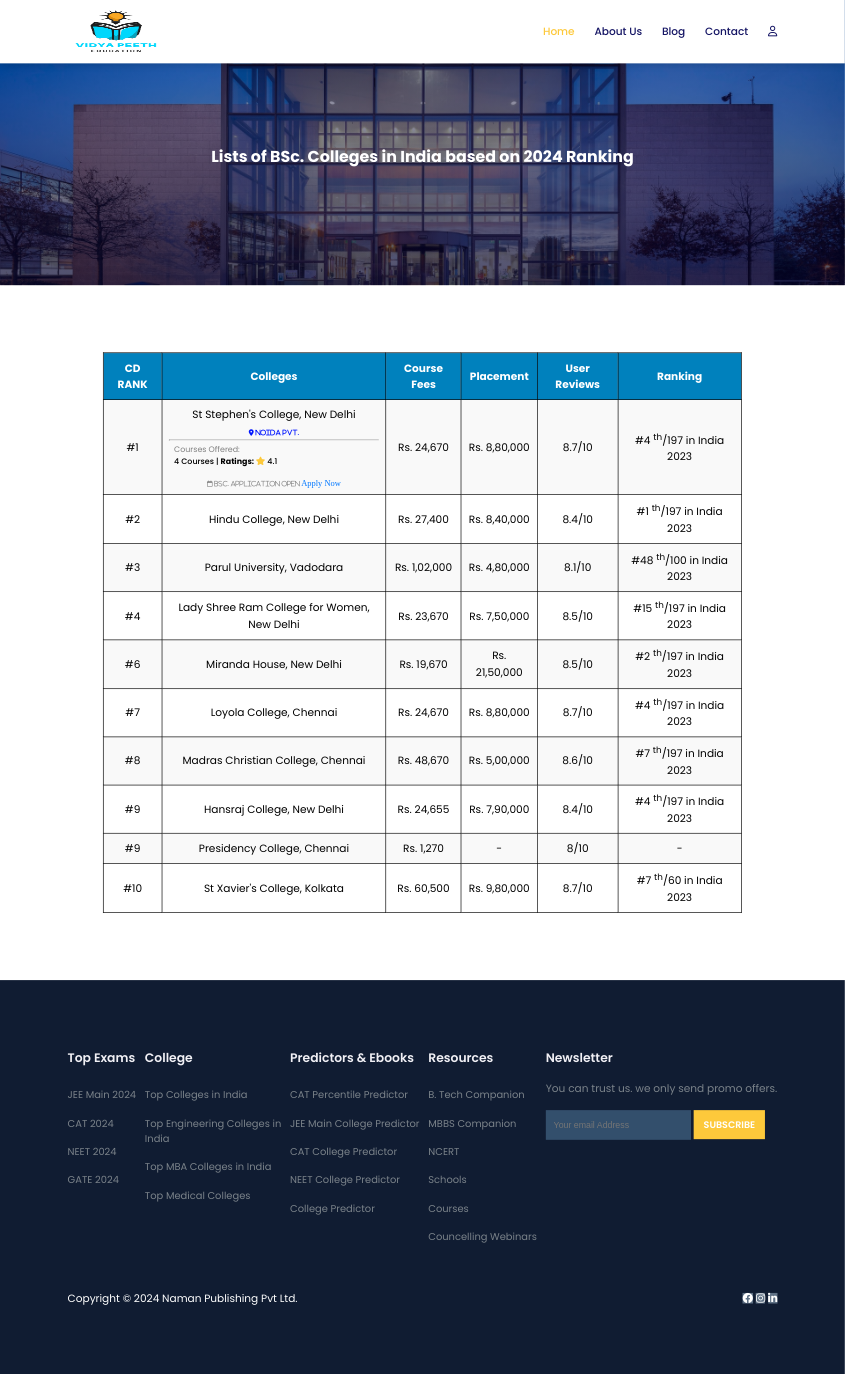
Repository: NamanSahu09/VidyaPreet-Ed-Tech-Website
Page: bsc.html
The author's editor kept a copy of each file at every save. The page is drawn from the files as they stood at one save, then again after a run of saves.
The browser window is 1280 px wide. The pictures show the whole page, at 66% of full size.
Some web libraries are served in a nearby version.

Above is the page before, as saved 2024-04-12 13:04:41.

### bsc.html
<!DOCTYPE html>
<html lang="en">
<head>
	<meta charset="UTF-8">
	<meta name="viewport" content="width=device-width, initial-scale=1.0">
	<title>Top BSc Colleges in India</title>

	<!-- font Awesome CDN link -->
	<link rel="stylesheet" href="https://cdnjs.cloudflare.com/ajax/libs/font-awesome/6.1.1/css/all.min.css" />

	<!-- External CSS -->
	<!-- <link rel="stylesheet" href="style.css"> -->
	<!-- <link rel="stylesheet" href="about.css"> -->
	<link rel="stylesheet" href="bsc.css">



	<!-- JQuery CDN link -->
	<script src="https://code.jquery.com/jquery-3.6.0.min.js" integrity="sha256-/xUj+3OJU5yExlq6GSYGSHk7tPXikynS7ogEvDej/m4=" crossorigin="anonymous"></script>
</head>
<body>
	<!-- Navigation start -->
	<nav>
		<img src="img/Vidya peeth.png" class="logo" alt="" height="70px"  width="250px"/>

		<div class="navigation">
			<ul>
				<i id="menu-close" class="fas fa-times"></i>
				<li><a href="index.html" class="active">Home</a></li>
				<li><a href="about.html">About Us</a></li>
				<li><a href="blog.html">Blog</a></li>
				<!-- <li><a href="courses.html">Courses</a></li> -->
				<li><a href="contact.html">Contact</a></li>
				<li><a href="#">
					<i class="far fa-user"></i>
					</a>
				</li>


			</ul>

			<img src="img/menu.png" id="menu-btn" alt="">
		</div>
	</nav>
	<!-- Navigation ends -->



  <!-- login sign-up-form -->

  <div class="form">
    <!-- login -->
    <div class="login-form">

      <!-- cancel-btn -->

      <a href="#" class="form-cancel">
        <i class="fas fa-times"></i>
      </a>


      <strong>Log In</strong>
      <!-- inputs -->
      <form >
        <input type="email" placeholder="Example@gmail.com" name="email" required>
        <input type="password" placeholder="Password" name="password" required>
        <!-- submit-btn -->
        <input type="submit" value="Log In">
      </form>

      <!-- Forget-and-signup -->
      <div class="form-btns">
          <a href="#" class="forget">Forget Your Password?</a>
          <a href="#" class="sign-up-btn">Create Account</a>
    </div>

    </div>




     <!-- Sign Up -->
     <div class="sign-up-form">

      <!-- cancel-btn -->

      <a href="#" class="form-cancel">
        <i class="fas fa-times"></i>
      </a>


      <strong>Sign In</strong>
      <!-- inputs -->
      <form >
        <input type="text" placeholder="Full Name" name="fullname" required>
        <input type="email" placeholder="Example@gmail.com" name="email" required>
        <input type="password" placeholder="Password" name="password" required>
        <!-- submit-btn -->
        <input type="submit" value="Sign Up">
      </form>

      <!-- Forget-and-signup -->
      <div class="form-btns">
          <a href="#" class="already-acount">Already have Account?</a>
    </div>

    </div>

  </div>







	<!-- Hero section starts from here -->
	<section id="about-home">
		<h2>
			Lists of BSc. Colleges in India based on 2024 Ranking
		</h2>
	</section>
	<!-- Hero section ends from here -->


	<section id="contact">


		<table cellspacing="10px" cellpadding="10px" border="1" align="center"  class="custom-table">
			<tr align="center">
	<th>CD RANK</th>
	<th>Colleges</th>
	<th>Course Fees</th>
	<th>Placement</th>
	<th>User Reviews</th>
	<th>Ranking</th>
	</tr>

	<tr align="center">
	<td>#1</td>
	<td><a href="https://www.ststephens.edu/">St Stephen's College, New Delhi</a><br>
		<i class="fa-solid fa-location-dot " style="font-size: 10px; "> Noida Pvt.</i>
		<hr>

<div class="container">
	<p style="font-size: 12px; color: grey; margin-left: 0.5rem; margin-top: 4px;" align="left">Courses Offered:</p>
	<p align="left" style="margin-left: 0.5rem; font-size: 12px; font-weight: 500; ">4 Courses |
			<b>Ratings: </b><i align="left" class="fa-solid fa-star"></i> 4.1
	</p>
<br>
	<i class="fa-regular fa-calendar"> BSc. Application Open <a href="https://www.ststephens.edu/">Apply Now</a> </i>
	<p> </p>
</div>






	</td>
	<td>Rs. 24,670</td>
	<td>Rs. 8,80,000</td>
	<td>8.7/10</td>
	<td>#4 <sup>th</sup>/197 in India 2023 </td>
	</tr>

	<tr align="center">
	<td>#2</td>
	<td><a href="https://hinducollege.ac.in/">Hindu College, New Delhi  </a></td>
	<td>Rs. 27,400</td>
	<td>Rs. 8,40,000</td>
	<td>8.4/10</td>
	<td>#1 <sup>th</sup>/197 in India 2023 </td>
	</tr>	<tr align="center">
	<td>#3</td>
	<td><a href="https://paruluniversity.ac.in/">Parul University, Vadodara</a></td>
	<td>Rs. 1,02,000</td>
	<td>Rs. 4,80,000</td>
	<td>8.1/10</td>
	<td>#48 <sup>th</sup>/100 in India 2023 </td>
	</tr>	<tr align="center">
	<td>#4</td>
	<td>Lady Shree Ram College for Women, New Delhi</td>
	<td>Rs. 23,670</td>
	<td>Rs. 7,50,000</td>
	<td>8.5/10</td>
	<td>#15 <sup>th</sup>/197 in India 2023 </td>
	</tr>	<tr align="center">
	<td>#6</td>
	<td>Miranda House, New Delhi</td>
	<td>Rs. 19,670</td>
	<td>Rs. 21,50,000</td>
	<td>8.5/10</td>
	<td>#2 <sup>th</sup>/197 in India 2023 </td>
	</tr>	<tr align="center">
	<td>#7</td>
	<td>Loyola College, Chennai</td>
	<td>Rs. 24,670</td>
	<td>Rs. 8,80,000</td>
	<td>8.7/10</td>
	<td>#4 <sup>th</sup>/197 in India 2023 </td>
	</tr>	<tr align="center">
	<td>#8</td>
	<td>Madras Christian College, Chennai</td>
	<td>Rs. 48,670</td>
	<td>Rs. 5,00,000</td>
	<td>8.6/10</td>
	<td>#7 <sup>th</sup>/197 in India 2023 </td>
	</tr>	<tr align="center">
	<td>#9</td>
	<td>Hansraj College, New Delhi</td>
	<td>Rs. 24,655</td>
	<td>Rs. 7,90,000</td>
	<td>8.4/10</td>
	<td>#4 <sup>th</sup>/197 in India 2023 </td>
	</tr>	<tr align="center">
	<td>#9</td>
	<td>Presidency College, Chennai</td>
	<td>Rs. 1,270</td>
	<td> - </td>
	<td>8/10</td>
	<td > - </td>
	</tr>	<tr align="center">
	<td>#10</td>
	<td>St Xavier's College, Kolkata</td>
	<td>Rs. 60,500</td>
	<td>Rs. 9,80,000</td>
	<td>8.7/10</td>
	<td>#7 <sup>th</sup>/60 in India 2023 </td>
	</tr>


	</table>












	</section>






<!--
	<section id="map">
		<iframe src="https://www.google.com/maps/embed?pb=!1m18!1m12!1m3!1d30711686.029386617!2d64.41853642919325!3d20.009139591170264!2m3!1f0!2f0!3f0!3m2!1i1024!2i768!4f13.1!3m3!1m2!1s0x30635ff06b92b791%3A0xd78c4fa1854213a6!2sIndia!5e0!3m2!1sen!2sin!4v1652012148253!5m2!1sen!2sin" style="border:0;" allowfullscreen="" loading="lazy" referrerpolicy="no-referrer-when-downgrade"></iframe>
	</section> -->


	<!-- Footer section starts from here -->
	<footer>
		<div class="footer-col">
			<h3>Top Exams</h3>
			<li>JEE Main 2024</li>
			<li>CAT 2024</li>
			<li>NEET 2024</li>
			<li>GATE 2024</li>

		</div>

		<div class="footer-col">
			<h3>College</h3>
			<li>Top Colleges in India</li>
			<li>Top Engineering Colleges in <br>India</li>
			<li>Top MBA Colleges in India</li>
			<li>Top Medical Colleges</li>
		</div>

		<div class="footer-col">
			<h3>Predictors & Ebooks</h3>
			<li>CAT Percentile Predictor</li>
			<li>JEE Main College Predictor</li>
			<li>CAT College Predictor</li>
			<li>NEET College Predictor</li>
			<li>College Predictor</li>
		</div>

		<div class="footer-col">
			<h3>Resources</h3>
			<li>B. Tech Companion</li>
			<li>MBBS Companion</li>
			<li>NCERT</li>
			<li>Schools</li>
			<li>Courses</li>
			<li>Councelling Webinars</li>
		</div>

		<div class="footer-col">
			<h3>Newsletter</h3>
			<p>You can trust us. we only send promo offers.</p>

			<div class="subscribe">
				<input type="email" placeholder="Your email Address">
				<a href="#" class="yellow">SUBSCRIBE</a>
			</div>
		</div>

		<div class="copyright">
			<p align="center">
				Copyright &copy; 2024 Naman Publishing Pvt Ltd.
			</p>
			<div class="pro-links">
				<i class="fab fa-facebook"></i>
				<i class="fab fa-instagram"></i>
				<i class="fab fa-linkedin-in"></i>
			</div>
		</div>
	</footer>
	<!-- Footer section ends from here -->

	<script>
		// Show menu links on burger click
		$('#menu-btn').click(function(){
			$('nav .navigation ul').addClass('active')
		});

		// Hide navbar on click function
		$('#menu-close').click(function(){
			$('nav .navigation ul').removeClass('active')
		});

 /*---For Login and Sign-up----------------------------*/

 $(document).on('click', '.far.fa-user', function(){
    $('.form').addClass('login-active').removeClass('sign-up-active');
});

$(document).on('click', '.sign-up-btn', function(){
    $('.form').removeClass('login-active').addClass('sign-up-active');
});

$(document).on('click', '.form-cancel', function(){
    $('.form').removeClass('login-active').removeClass('sign-up-active');
});

$(document).on('click', '.already-acount', function(){
    $('.form').addClass('login-active').removeClass('sign-up-active');
});


	</script>

</body>
</html>

### bsc.css
@import url('https://fonts.googleapis.com/css2?family=Inter:wght@100;200;300;400;500&family=Poppins:ital,wght@0,100;0,200;0,300;0,400;0,500;0,600;0,700;0,800;0,900;1,700;1,800;1,900&display=swap');
*
{
	margin: 0;
	padding: 0;
	box-sizing: border-box;
}
body
{
	font-family: 'Poppins', sans-serif;
}
h1
{
	font-size: 2.5rem;
	font-weight: 700;
	color: rgb(35, 35, 85);
}

span
{
	font-size: .9rem;
}

h6
{
	font-size: 1.1rem;
	color: rgb(24, 24, 49);
}


/*------------- Navigation style start ------------*/
nav
{
	position: fixed;
	width: 100%;
	background-color: #fff;
	display: flex;
	justify-content: space-between;
	align-items: center;
	padding: 1vw 8vw;
	box-shadow: 2px 2px 10px rgba(0, 0, 0, 0.15);
	z-index: 1;
}

nav .logo
{
	width: 150px;
	cursor: pointer;
}

nav .navigation
{
	display: flex;
}

#menu-btn
{
	width: 30px;
	height: 30px;
	display: none;
}

#menu-close
{
	display: none;
}

nav .navigation ul
{
	display: flex;
	justify-content: flex-end;
	align-items: center;
}

nav .navigation ul li
{
	list-style: none;
	margin-left: 30px;
}

nav .navigation ul li a
{
	text-decoration: none;
	color: rgb(21, 21, 100);
	font-size: 16px;
	font-weight: 500;
	transition: 0.3s ease;
}

nav .navigation ul li a.active,
nav .navigation ul li a:hover
{
	color: #FDC93B;

}
/*------------- Navigation style end ------------*/

/* Login Form and Sign In form */


.form{
  width:100%;
  height: 100%;
  position: fixed;
  /* top: 0px;
  left: 0px; */
  background-color: rgba(0,0,0,0.2);
  display: flex;
  justify-content: center;
  align-items: center;
  flex-direction: column;
  z-index: 102;
}


.login-form,
.sign-up-form{
  width:420px;
  padding: 20px 10px;
  background-color: #ffffff;
  box-shadow: 2px 2px 30px rgba(0,0,0,0.1);
  display: flex;
  justify-content: center;
  align-items: center;
  flex-direction: column;
  border-radius: 5px;
  position: relative;

}
.login-form form,
.sign-up-form form{
  display: flex;
  justify-content: center;
  align-items: center;
  flex-direction: column;
  width: 100%;
}
.login-form strong,
.sign-up-form strong{
  color: #272727;
  font-size: 2rem;
  margin: 2px 7px 7px 7px;
  text-transform: uppercase;
  letter-spacing: 0.5px;
  font-weight: 500;
}
.login-form input,
.sign-up-form input{
  width:90%;
  height: 45px;
  margin: 6px 0px;
  padding: 0px 10px;
  border: 1px solid rgba(0,0,0,0.1);
  outline: none;
  border-radius: 7px;
}
.login-form input::placeholder,
.sign-up-form input::placeholder{
  color: rgba(0,0,0,0.5);
}
.login-form input[type="submit"],
.sign-up-form input[type="submit"]{
  background-color: #0b9d8a;
  color: #ffffff;
  border: none;
  outline: none;
  text-transform: uppercase;
  margin-top: 10px;
  border-radius: 3px;
  box-shadow: 2px 2px 30px rgba(0,0,0,0.1);
}
.form-btns{
  width: 90%;
  display: flex;
  justify-content: space-between;
  align-items: center;
  margin-top: 10px;
}
.form-btns a{
  color: #4d4d4d;
  font-size: 0.9rem;
}
.sign-up-btn{
  border-bottom: 1px solid #868686;
  line-height: 16px;
}
.form-cancel{
  position: absolute;
  right: 20px;
  top: 10px;
  color: #868686;
}
.login-form,
.sign-up-form,
.form{
  display: none;
}
.login-active,
.login-active .login-form{
  display: flex;
  animation: fade 0.3s;
}

.sign-up-active,
.sign-up-active .sign-up-form{
  display: flex;
  animation: fade 0.3s;
}
@keyframes fade{
  0%{
      opacity: 0;
  }
  100%{
      opacity: 1;
  }
}

/* - - - - - - - - - - - - - - - - - - - --  - - - - - - -  */






#contact
{
	padding: 8vw;
	display: flex;
	justify-content: space-between;
	align-items: flex-start;
}



/* ----------------------------------------------------------------------------------------------------- */

/* Table  */


.custom-table {
  width: 90%;
  margin: 0 auto;
  border-collapse: collapse;
}

/* Apply styles to table header cells (th) */
.custom-table th {
  background-color: #0081bd;
	color:white;
  border: 1px solid black;
  padding: 10px;
  text-align: center;
}

/* Apply styles to table data cells (td) */
.custom-table td {
  border: 1px solid black;
  padding: 10px;
  text-align: center;
}

/* Apply alternate background color to even rows */
.custom-table tr:nth-child(even) {
  background-color: #f9f9f9;
}




/* -------------------------------------------------------- */




#about-home {
	background-image: linear-gradient(rgba(9, 5, 54, 0.3), rgba(5, 4, 46, 0.7)), url(img/back1.jpg);
	width: 100%;
	height: 60vh;
	background-size: cover;
	background-position: center center;
	display: flex;
	flex-direction: column;
	justify-content: center;
	align-items: center;
	text-align: center;
	padding-top: 40px;
}

h2 {
	display: block;
	font-size: 1.5em;
	margin-block-start: 0.83em;
	margin-block-end: 0.83em;
	margin-inline-start: 0px;
	margin-inline-end: 0px;
	font-weight: bold;
	unicode-bidi: isolate;
	color:white;
}




table td a
{
	color:black;
	text-decoration: none;
}

table td a:hover
{
	text-decoration: underline;
	color: blue;
}


.class
{

}


 .fa-star
{
	color: #fdc93b;
	font-size: .8rem;
}
.star
{
	font-size: 0.7rem;
	/* background-color: #98adb7; */
  /* color:white; */
  padding: 10px;
  text-align: left;
}

.fa-location-dot
{
	color: #0015ff;
	font-size:0.1rem;
	text-align:left;
}

.container
{
	display: flex;
	flex-direction:column;
	justify-content:center;
	height: 100%;
	font-size: 0.8rem;

}

.container .fa-calendar
{
	font-size: 0.6rem;
	color:grey;

}

.container .fa-calendar a
{
	font-size: 0.8rem;
	color:rgb(0, 119, 255);
	font-family: 'Times New Roman', Times, serif;
}





























































/*------------- Footer section styling starts ------------*/
footer
{
	padding: 8vw;
	background-color: #101c32;
	display: flex;
	justify-content: space-between;
	align-items: flex-start;
	flex-wrap: wrap;
}

footer .footer-col
{
	padding-bottom: 40px;
}

footer h3
{
	color: rgb(241, 240, 245);
	font-weight: 600;
	padding-bottom: 20px;
}

footer li
{
	list-style: none;
	color: #7b838a;
	padding: 10px 0;
	font-size: 15px;
	cursor: pointer;
	transition: 0.3s ease;
}

footer li:hover
{
	color: rgb(241, 240, 245);
}

footer p
{
	color: #7b838a;
}

footer .subscribe
{
	margin-top: 20px;
}

footer input
{
	width: 220px;
	padding: 15px 12px;
	background: #334F6C;
	border: none;
	outline: none;
	color: #fff;
}

footer .subscribe a
{
	text-decoration: none;
	font-size: 0.9rem;
	padding: 12px 15px;
	background-color: #fff;
	font-weight: 600;
}

footer .subscribe a.yellow
{
	color: #fff;
	background: #fdc93b;
	transition: 0.3s ease;
}

footer .subscribe a.yellow:hover
{
	color: rgb(21, 21, 100);
	background: #fff;
}

footer .copyright
{
	margin-top: 20px;
	width: 100%;
	display: flex;
	justify-content: space-between;
	align-items: center;
	flex-wrap: wrap;
}

footer .copyright p, footer .copyright p > a
{
	color: #fff;
	text-decoration: none;
}

footer .copyright .pro-links
{
	margin-top: 0px;
}

footer .copyright .pro-links i
{
	background-color: #5f7185;
	color: #fff;
}

footer .copyright .pro-links i:hover
{
	background: #fdc93b;
	color: #2c2c2c;
}
/*------------- Footer section styling ends ------------*/



/*---------------------------------------------------------*/
/*-------------------- Ipad screen styling ----------------*/
/*---------------------------------------------------------*/
@media screen and (max-width: 789px)
{
	nav
	{
		padding: 15px 20px;
	}

	nav img
	{
		width: 130px;
	}

	#menu-btn
	{
		display: initial;
	}

	#menu-close
	{
		display: initial;
		font-size: 1.6rem;
		color: #fff;
		padding: 30px 0 20px 20px;
	}

	nav .navigation ul
	{
		position: absolute;
		top: 0;
		right: -220px;
		display: flex;
		flex-direction: column;
		justify-content: flex-start;
		align-items: flex-start;
		width: 220px;
		height: 100vh;
		background: rgba(17, 20, 104, 0.45);
		backdrop-filter: blur(4.5px);
		border: 1px solid rgba(255, 255, 255, 0.18);
		transition: 0.3s ease-in;
	}

	nav .navigation ul.active
	{
		right: 0;
	}

	nav .navigation ul li
	{
		padding: 20px 0 20px 40px;
		margin-left: 0;
	}

	nav .navigation ul li a
	{
		color: #fff;
	}

	#home
	{
		padding: 0px;
	}

	#home p
	{
		width: 90%;
	}

	#features
	{
		padding: 8vw 4vw 0 4vw;
	}

	#course
	{
		padding: 8vw 4vw 8vw 4vw;
	}


	#registration
	{
		padding: 6vw 4vw 6vw 4vw;
		gap: 2.2rem;
	}

	#registration .reminder .time
	{
		display: flex;
		justify-content: space-between;
		flex-wrap: wrap;
		margin-top: 40px;
	}

	#experts
	{
		padding: 8vw 4vw 6vw 4vw;
	}

	footer .copyright .pro-links
	{
		margin-top: 20px;
	}
}


@media screen and (max-width: 475px)
{
	#registration
	{
		flex-direction: column;
	}

	.reminder p, .reminder h1
	{
		text-align: center;
	}

	.reminder h1
	{
		font-size: 1.8rem;
	}

	#registration .reminder .time
	{
		justify-content: space-evenly;
		margin-top: 20px;
	}
}

After the next 4 saves:
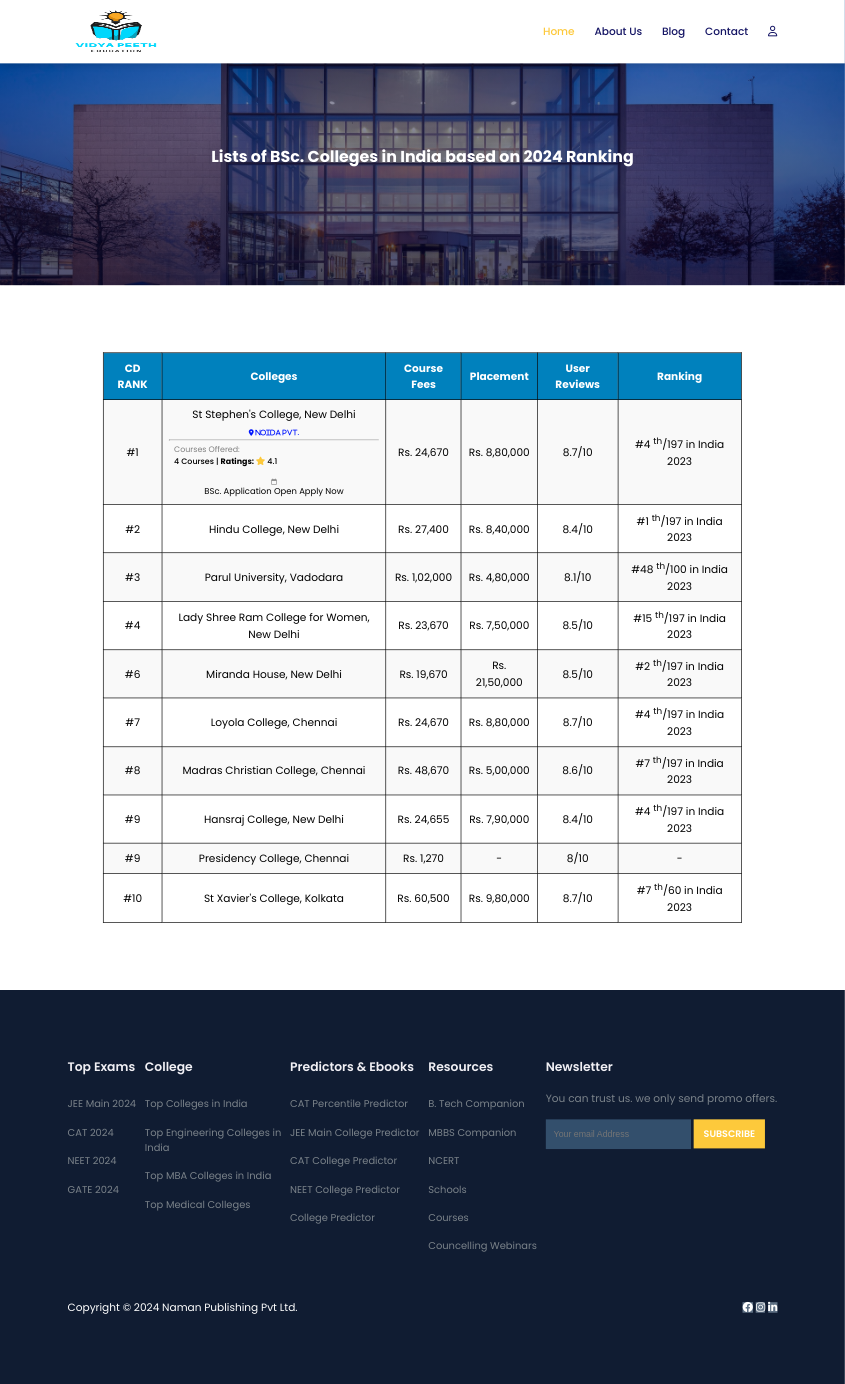
The 4 saves are shown as one change because they came seconds apart.
The last was saved 13 s later.
--- a/bsc.html
+++ b/bsc.html
@@ -148,8 +148,8 @@
 			<b>Ratings: </b><i align="left" class="fa-solid fa-star"></i> 4.1
 	</p>
 <br>
-	<i class="fa-regular fa-calendar"> BSc. Application Open <a href="https://www.ststephens.edu/">Apply Now</a> </i>
-	<p> </p>
+	<i class="fa-regular fa-calendar"></i>
+	<p>BSc. Application Open <a href="https://www.ststephens.edu/">Apply Now</a></p>
 </div>
 
 
